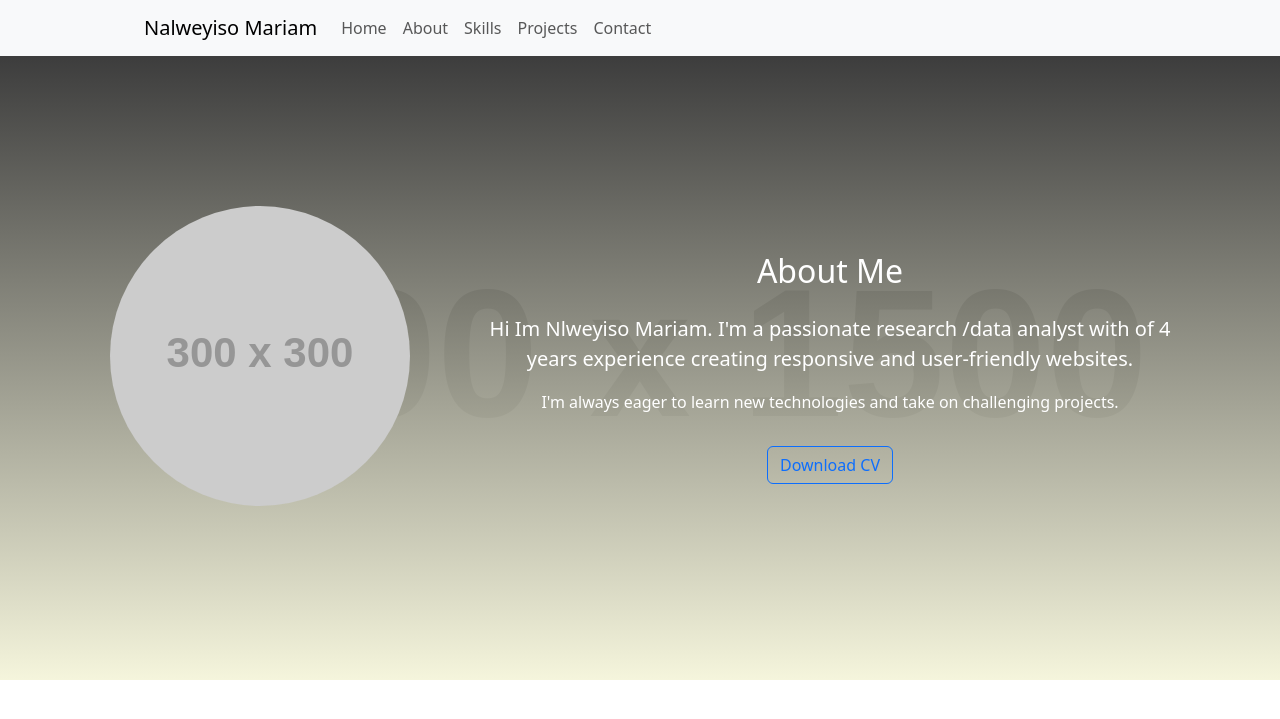
Repository: NalweMari/My-Personal-Portfolio
Page: index.html
These files come from the project's save history. The page is drawn as it stood at one moment and after the next save; the edit follows.
The browser window is 1280 px wide. The pictures show the whole page.

Above is the page before, as saved 2025-11-27 12:46:12.
Console error (its wording comes from the project's code and is left out).

### index.html
<!DOCTYPE html>
<html lang="en">

<head>
    <meta charset="UTF-8">
    <meta name="viewport" content="width=device-width, initial-scale=1.0">
    <title>My Portfolio</title>
    <link rel="stylesheet" href="style.css">
    <!-- Bootstrap CSS -->
    <link href="https://cdn.jsdelivr.net/npm/bootstrap@5.3.0/dist/css/bootstrap.min.css" rel="stylesheet">
    <!-- Font Awesome for icons -->
    <link rel="stylesheet" href="https://cdnjs.cloudflare.com/ajax/libs/font-awesome/6.4.0/css/all.min.css">

</head>

<body>
    <!-- Navigation -->

    <nav class="navbar navbar-expand-lg navbar-light bg-light pink">
        <div class="container me-2">
            <a class="navbar-brand" href="#">Nalweyiso Mariam</a> <button class="navbar-toggler" type="button" data- 6
                toggle="collapse" data-target="#navbarNav" aria-controls="navbarNav" aria-expanded="false"
                aria-label="Toggle navigation"> <span class="navbar-toggler-icon"></span> </button>
            <div class="collapse navbar-collapse" id="navbarNav">
                <ul class="navbar-nav">
                    <a class="nav-link" href="#">Home</a>
                    </li>
                    <li class="nav-item">
                        <a class="nav-link" href="#">About</a>
                    </li>
                    <li class="nav-item">
                        <a class="nav-link" href="#">Skills</a>
                    </li>
                    <li class="nav-item">
                        <a class="nav-link" href="#">Projects</a>
                    </li>
                    <li class="nav-item">
                        <a class="nav-link" href="#">Contact</a>
                    <li class="nav-item active">
                </ul>
            </div>
        </div>
    </nav>

    <!-- Hero Section -->

<section id="home" class="hero-section text-center">
        <div class="container">
            <div class="row align-items-center">
                <div class="col-md-4 text-center mb-4">
                    <img src="https://via.placeholder.com/300" alt="Profile" class="img-fluid rounded-circle">
                </div>
                <div class="col-md-8">
                    <h2 class="mb-4">About Me</h2>
                    <p class="lead">Hi Im Nlweyiso Mariam. I'm a passionate research /data analyst with  of 4 years experience creating responsive and user-friendly websites.</p>
                    <p>I'm always eager to learn new technologies and take on challenging projects.</p>
                    <a href="#" class="btn btn-outline-primary mt-3">Download CV</a>
                </div>
            </div>
        </div>
    <script src="https://stackpath.bootstrapcdn.com/bootstrap/4.5.2/js/bootstrap.min.js"></script>
</body>

</html>

### Style.css
.hero-section {
  background: linear-gradient(rgba(0, 0, 0, 0.7), beige),
    url("https://via.placeholder.com/1500") center/cover no-repeat;
  color: white;
  padding: 150px 0;
}
.skill-bar {
  height: 20px;
  background-color: #e9ecef;
  border-radius: 5px;
  margin-bottom: 15px;
}
.skill-progress {
  height: 100%;
  border-radius: 5px;
  background-color: #0d6efd;
}
.project-card {
  transition: transform 0.3s;
}
.project-card:hover {
  transform: translateY(-5px);
}

After the next save:
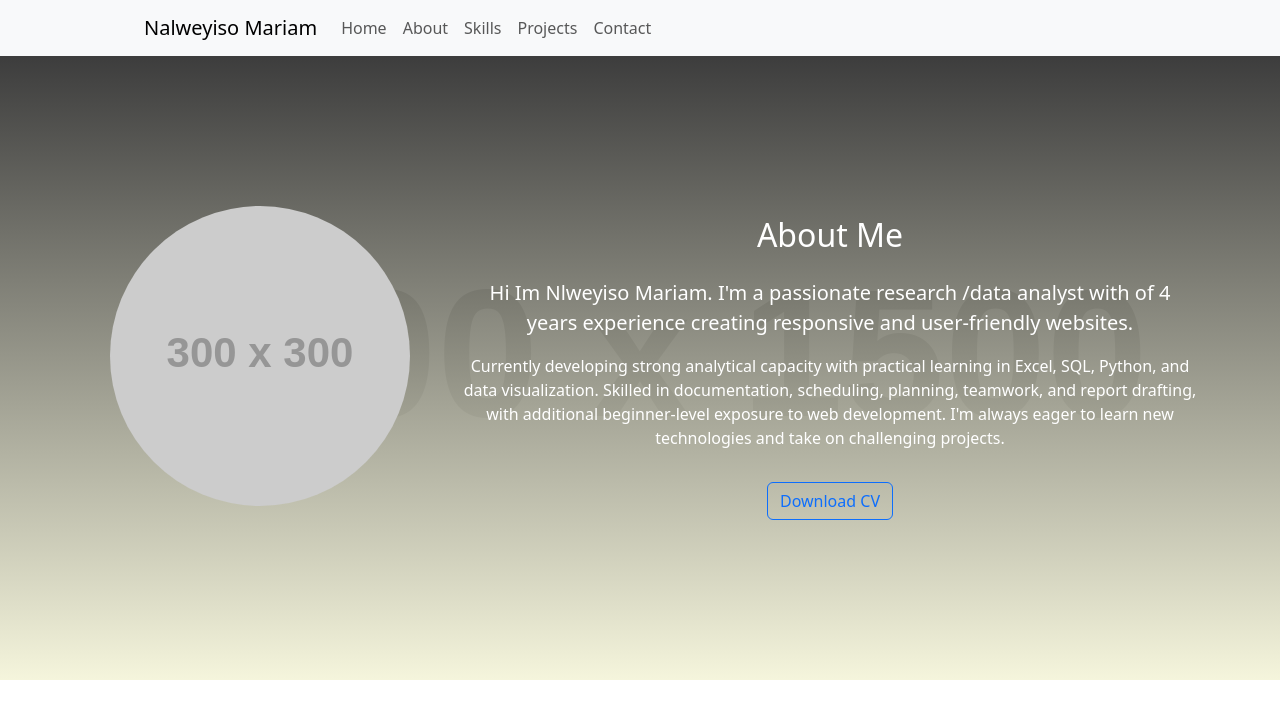
Saved 47 s later.
--- a/index.html
+++ b/index.html
@@ -53,7 +53,7 @@
                 <div class="col-md-8">
                     <h2 class="mb-4">About Me</h2>
                     <p class="lead">Hi Im Nlweyiso Mariam. I'm a passionate research /data analyst with  of 4 years experience creating responsive and user-friendly websites.</p>
-                    <p>I'm always eager to learn new technologies and take on challenging projects.</p>
+                    <p>Currently developing strong analytical capacity with practical learning in Excel, SQL, Python, and data visualization. Skilled in documentation, scheduling, planning, teamwork, and report drafting, with additional beginner-level exposure to web development. I'm always eager to learn new technologies and take on challenging projects.</p>
                     <a href="#" class="btn btn-outline-primary mt-3">Download CV</a>
                 </div>
             </div>
